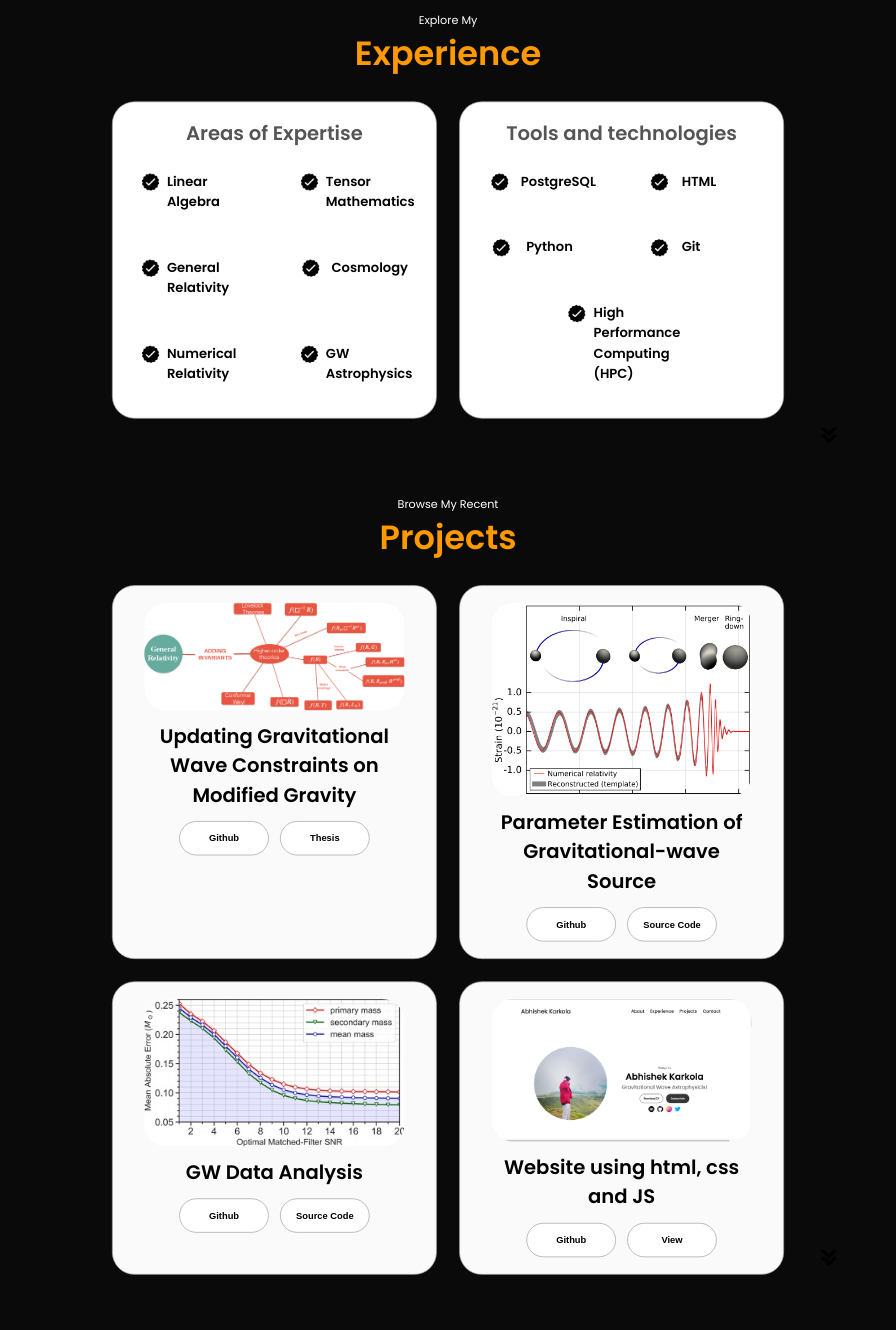
Repository: APersonalVoyage/APersonalVoyage.github.io
Page: index.html
An editor plug-in stored every save of this project. The page is shown before and after the next save, followed by the edit.
The browser window is 1280 px wide. The pictures show the part of the page from y = 1520 to 3420 px (the page is 4064 px tall), at 70% of full size.
A picture or video elsewhere on the page could not be fetched, so the positions and the page height are approximate.

Above is the page before, as saved 2023-08-24 19:30:25.

### index.html
<!DOCTYPE html>
<html lang="en">
  <head>
    <meta charset="UTF-8" />
    <meta http-equiv="X-UA-Compatible" content="IE=edge" />
    <meta name="viewport" content="width=device-width, initial-scale=1.0" />
    <title>My Portfolio</title>
    <link rel="stylesheet" href="style.css" />
    <link rel="stylesheet" href="mediaqueries.css" />

  </head>
  <body>
    <nav id="desktop-nav">
      <div class="logo">Abhishek Karkola</div>
      <div>
        <ul class="nav-links">
          <li><a href="#about">About</a></li>
          <li><a href="#experience">Experience</a></li>
          <li><a href="#projects">Projects</a></li>
          <li><a href="#contact">Contact</a></li>
        </ul>
      </div>
    </nav>
    <nav id="hamburger-nav">
      <div class="logo">Abhishek Karkola</div>
      <div class="hamburger-menu">
        <div class="hamburger-icon" onclick="toggleMenu()">
          <span></span>
          <span></span>
          <span></span>
        </div>
        <div class="menu-links">
          <li><a href="#about" onclick="toggleMenu()">About</a></li>
          <li><a href="#experience" onclick="toggleMenu()">Experience</a></li>
          <li><a href="#projects" onclick="toggleMenu()">Projects</a></li>
          <li><a href="#contact" onclick="toggleMenu()">Contact</a></li>
        </div>
      </div>
    </nav>
    <section id = "profile" style = "text-align: center;" >
        <div class="section__pic-container">
            <img src="./assets/My_profile-fotor-20230824122059.png" alt="profile" class="section__pic">
        </div>
        <div class= "section_text" style = "margin-top: 200px;" >
            <p class="section__text__p1">Hello, I'm</p>
        <h1 class="title">Abhishek Karkola</h1>
        <p class="section__text__p2">Gravitational Wave Astrophysicist</p>
        <div class="btn-container">
            <button
              class="btn btn-color-2"
              onclick="window.open('./assets/Abhishek_Academic_CV.pdf')"
            >
              Download CV
            </button>
            <button class="btn btn-color-1" onclick="location.href='./#contact'">
              Contact Info
            </button>
          </div>
          <div id="socials-container">
            <img
            src="./assets/linkedin.png"
            alt="My LinkedIn profile"
            class="icon"
            onclick="location.href='https://linkedin.com/'"
          />
          <img
            src="./assets/github.png"
            alt="My Github profile"
            class="icon"
            onclick="location.href='https://github.com/APersonalVoyage'"
          />
          <img
            src="./assets/instagram.png"
            alt="My instagram profile"
            class="icon"
            onclick="location.href='https://www.instagram.com/apersonalvoyage/'"
          />
          <img
            src="./assets/twitter.png"
            alt="My twitter profile"
            class="icon"
            onclick="location.href='https://twitter.com/APersonalVoyage'"
          />
        </div>
      </div>
          </div>

        </div>
    </section>
    <section id="about">
        <p class="section__text__p1">Get To Know More</p>
        <h1 class="title">About Me</h1>
        <div class="section-container">
          <div class="section__pic-container" style="margin-top: 150px">
            <img
              src="./assets/Profile_Pic2.JPG"
              alt="Profile picture"
              class="about-pic"
            />
          </div>
          <div class="about-details-container">
            <div class="about-containers">
              <div class="details-container">
                <img
                  src="./assets/experience.png"
                  alt="Experience icon"
                  class="icon"
                />
                <h3>Experience</h3>
                <p>1+ years <br />Research Intern</p>
              </div>
              <div class="details-container">
                <img
                  src="./assets/education.png"
                  alt="Education icon"
                  class="icon"
                />
                <h3>Education</h3>
                <p>B.E. Electronics<br />M.Sc. GW Physics</p>
              </div>
            </div>
            <div class="text-container">
              <p>
                I hold a Masters degree in Gravitational Wave Physics from Cardiff University, where my academic journey led me to explore the captivating realms of cosmology, advanced general relativity, and numerical relativity. Prior to this, I earned a Bachelors degree in Electronics and Communication Engineering, where I developed
                a solid foundation in the intricate world of electronic systems and communication technologies.
              </p>
            </div>
          </div>
        </div>
        <img
          src="./assets/arrow.png"
          alt="Arrow icon"
          class="icon arrow"
          onclick="location.href='./#experience'"
        />
    </section>
</section>
<section id="experience">
  <p class="section__text__p1">Explore My</p>
  <h1 class="title">Experience</h1>
  <div class="experience-details-container">
    <div class="about-containers">
      <div class="details-container">
        <h2 class="experience-sub-title">Areas of Expertise</h2>
        <div class="article-container">
          <article>
            <img
              src="./assets/checkmark.png"
              alt="Experience icon"
              class="icon"
            />
            <div>
              <h3>Linear Algebra</h3>
              <p>Experienced</p>
            </div>
          </article>
          <article>
            <img
              src="./assets/checkmark.png"
              alt="Experience icon"
              class="icon"
            />
            <div>
              <h3>Tensor Mathematics</h3>
              <p>Experienced</p>
            </div>
          </article>
          <article>
            <img
              src="./assets/checkmark.png"
              alt="Experience icon"
              class="icon"
            />
            <div>
              <h3>General Relativity</h3>
              <p>Intermediate</p>
            </div>
          </article>
          <article>
            <img
              src="./assets/checkmark.png"
              alt="Experience icon"
              class="icon"
            />
            <div>
              <h3>Cosmology</h3>
              <p>Intermediate</p>
            </div>
          </article>
          <article>
            <img
              src="./assets/checkmark.png"
              alt="Experience icon"
              class="icon"
            />
            <div>
              <h3>Numerical Relativity</h3>
              <p>Basic</p>
            </div>
          </article>
          <article>
            <img
              src="./assets/checkmark.png"
              alt="Experience icon"
              class="icon"
            />
            <div>
              <h3>GW Astrophysics</h3>
              <p>Intermediate</p>
            </div>
          </article>
        </div>
      </div>
      <div class="details-container">
        <h2 class="experience-sub-title">Tools and technologies</h2>
        <div class="article-container">
          <article>
            <img
              src="./assets/checkmark.png"
              alt="Experience icon"
              class="icon"
            />
            <div>
              <h3>PostgreSQL</h3>
              <p>Basic</p>
            </div>
          </article>
          <article>
            <img
              src="./assets/checkmark.png"
              alt="Experience icon"
              class="icon"
            />
            <div>
              <h3>HTML</h3>
              <p>Intermediate</p>
            </div>
          </article>
          <article>
            <img
              src="./assets/checkmark.png"
              alt="Experience icon"
              class="icon"
            />
            <div>
              <h3>Python</h3>
              <p>Experienced</p>
            </div>
          </article>
          <article>
            <img
              src="./assets/checkmark.png"
              alt="Experience icon"
              class="icon"
            />
            <div>
              <h3>Git</h3>
              <p>Intermediate</p>
            </div>
          </article>
          <article>
            <img
              src="./assets/checkmark.png"
              alt="Experience icon"
              class="icon"
            />
            <div>
              <h3> High Performance Computing (HPC)</h3>
              <p>Intermediate</p>
            </div>
          </article>
        </div>
      </div>
    </div>
  </div>
  <img
    src="./assets/arrow.png"
    alt="Arrow icon"
    class="icon arrow"
    onclick="location.href='./#projects'"
  />
</section>
<section id="projects">
    <p class="section__text__p1">Browse My Recent</p>
    <h1 class="title">Projects</h1>
    <div class="experience-details-container">
      <div class="about-containers">
        <div class="details-container color-container">
          <div class="article-container">
            <img
              src="./assets/10-Figure2-1.png"
              alt="Project 1"
              class="project-img"
            />
          </div>
          <h2 class="experience-sub-title project-title">Updating Gravitational Wave Constraints on Modified Gravity</h2>
          <div class="btn-container">
            <button
              class="btn btn-color-2 project-btn"
              onclick="location.href='https://github.com/APersonalVoyage/MSc_Thesis'"
            >
              Github
            </button>
            <button
              class="btn btn-color-2 project-btn"
              onclick="location.href='https://github.com/APersonalVoyage/MSc_Thesis/blob/main/Abhishek_Msc_Dissertation%20.pdf'"
            >
              Thesis
            </button>
          </div>
        </div>
        <div class="details-container color-container">
          <div class="article-container">
            <img
              src="./assets/GW150914_IMR.png"
              alt="Project 2"
              class="project-img"
            />
          </div>
          <h2 class="experience-sub-title project-title">Parameter Estimation of Gravitational-wave Source</h2>
          <div class="btn-container">
            <button
              class="btn btn-color-2 project-btn"
              onclick="location.href='https://github.com/APersonalVoyage/GW-data-analysis'"
            >
              Github
            </button>
            <button
              class="btn btn-color-2 project-btn"
              onclick="location.href='https://github.com/gw-odw/odw-2021'"
            >
              Source Code
            </button>
          </div>
        </div>
         <div class="details-container color-container">
          <div class="article-container">
            <img
              src="./assets/PE.jpg"
              alt="Project 3"
              class="project-img"
            />
          </div>
          <h2 class="experience-sub-title project-title">GW Data Analysis</h2>
          <div class="btn-container">
            <button
              class="btn btn-color-2 project-btn"
              onclick="location.href='https://github.com/APersonalVoyage/Data-Analysis-2022'"
            >
              Github
            </button>
            <button
              class="btn btn-color-2 project-btn"
              onclick="location.href='https://github.com/APersonalVoyage/Data-Analysis-2022'"
            >
              Source Code
            </button>
          </div>

        </div>
        <div class="details-container color-container">
            <div class="article-container">
              <img
                src="./assets/Screenshot 2023-08-24 at 6.26.45 PM.png"
                alt="Project 2"
                class="project-img"
              />
            </div>
            <h2 class="experience-sub-title project-title">Website using html, css and JS</h2>
            <div class="btn-container">
              <button
                class="btn btn-color-2 project-btn"
                onclick="location.href='https://github.com/APersonalVoyage/APersonalVoyage.github.io'"
              >
                Github
              </button>
              <button
                class="btn btn-color-2 project-btn"
                onclick="location.href='https://apersonalvoyage.github.io/'"
              >
                View
              </button>
            </div>
          </div>

      </div>
    </div>
    <img
      src="./assets/arrow.png"
      alt="Arrow icon"
      class="icon arrow"
      onclick="location.href='./#projects'"
    />
  </section>
  <section id="contact">
    <p class="section__text__p1">Get in Touch</p>
    <h1 class="title">Contact Me</h1>
    <div class="contact-info-upper-container">
      <div class="contact-info-container">
        <img
          src="./assets/email.png"
          alt="Email icon"
          class="icon contact-icon email-icon"
        />
        <p><a href="mailto:examplemail@gmail.com">abhishek@alphago.in</a></p>
      </div>
    </div>
  </section>
  <footer>
    <nav>
      <div class="nav-links-container">
        <ul class="nav-links">
          <li><a href="#about">About</a></li>
          <li><a href="#experience">Experience</a></li>
          <li><a href="#projects">Projects</a></li>
          <li><a href="#contact">Contact</a></li>
        </ul>
      </div>
    </nav>

  </footer>
  <script src="script.js"></script>
</body>
</html>

### style.css
/* GENERAL */

@import url("https://fonts.googleapis.com/css2?family=Poppins:wght@300;400;500;600&display=swap");

* {
  margin: 0;
  padding: 0;
}

body {
  font-family: "Poppins", sans-serif;
  background-color: #0a0a0a;
  color: 0;

}

html {
  scroll-behavior: smooth;

}

p {
  color: #ffffff;
}

/* TRANSITION */

a,
.btn {
  transition: all 300ms ease;
}

/* DESKTOP NAV */

nav,
.nav-links {
  display: flex;
}

nav {
  justify-content: space-around;
  align-items: center;
  height: 17vh;
}

.nav-links {
  gap: 2rem;
  list-style: none;
  font-size: 1.5rem;
}

a {
  color: #ffffff;
  text-decoration: none;
  text-decoration-color: white;
}

a:hover {
  color: #ffffff;
  text-decoration: underline;
  text-underline-offset: 1rem;
  text-decoration-color: #ffffff;
}

.logo {
  font-size: 2rem;
}

.logo:hover {
  cursor: default;
}

/* HAMBURGER MENU */

#hamburger-nav {
  display: none;
}

.hamburger-menu {
  position: relative;
  display: inline-block;
}

.hamburger-icon {
  display: flex;
  flex-direction: column;
  justify-content: space-between;
  height: 24px;
  width: 30px;
  cursor: pointer;
}

.hamburger-icon span {
  width: 100%;
  height: 2px;
  background-color: #ffffff;
  transition: all 0.3 ease-in-out;
}

.menu-links {
  position: absolute;
  top: 100%;
  right: 0;
  background-color: white;
  width: fit-content;
  max-height: 0;
  overflow: hidden;
  transition: all 0.3 ease-in-out;
}

.menu-links a {
  display: block;
  padding: 10px;
  text-align: center;
  font-size: 1.5rem;
  color:#ff9900;
  text-decoration: none;
  transition: all 0.3 ease-in-out;
}

.menu-links li {
  list-style: none;
}

.menu-links.open {
  max-height: 300px;
}

.hamburger-icon.open span:first-child {
  transform: rotate(45deg) translate(10px, 5px);
}

.hamburger-icon.open span:nth-child(2) {
  opacity: 0;
}

.hamburger-icon.open span:last-child {
  transform: rotate(-45deg) translate(10px, -5px);
}

.hamburger-icon span:first-child {
  transform: none;
}

.hamburger-icon span:first-child {
  opacity: 1;
}

.hamburger-icon span:first-child {
  transform: none;
}

/* SECTIONS */

section {
  padding-top: 4vh;
  height: 96vh;
  margin: 0 10rem;
  box-sizing: border-box;
  min-height: fit-content;
}

.section-container {
  display: flex;
}

/* PROFILE SECTION */

#profile {
  display: flex;
  justify-content: center;
  gap: 5rem;
  height: 80vh;
}

.section__pic-container {
  display: flex;
  height: 400px;
  width: 400px;
  margin: auto 0;
}

.section__text {
  align-self: center;
  text-align: center;
    color: #ffffff;
}

.section__text p {
  font-weight: 600;
    color: #ffffff;
}

.section__text__p1 {
  text-align: center;
    color: #ffffff;
}

.section__text__p2 {
  font-size: 1.75rem;
  margin-bottom: 1rem;
    color: #ffffff;
}

.title {
  font-size: 3rem;
  text-align: center;
  color: #ff9900;
}

#socials-container {
  display: flex;
  justify-content: center;
  margin-top: 1rem;
  gap: 1rem;
  color: #ffffff;

}

/* ICONS */

.icon {
  cursor: pointer;
  height: 2rem;
  fill: #ffffff;
}

/* BUTTONS */

.btn-container {
  display: flex;
  justify-content: center;
  gap: 1rem;
}

.btn {
  font-weight: 600;
  transition: all 300ms ease;
  padding: 1rem;
  width: 8rem;
  border-radius: 2rem;
  background-color: #ff9900;
  color: rgb(53, 53, 53);
}

.btn-color-1,
.btn-color-2 {
  border: rgb(53, 53, 53) 0.1rem solid;
}

.btn-color-1:hover,
.btn-color-2:hover {
  cursor: pointer;
}

.btn-color-1,
.btn-color-2:hover {
  background: rgb(53, 53, 53);
  color: white;
}

.btn-color-1:hover {
  background: rgb(0, 0, 0);
}

.btn-color-2 {
  background: #ffffff;;
}

.btn-color-2:hover {
  border: rgb(255, 255, 255) 0.1rem solid;
}

.btn-container {
  gap: 1rem;
}

/* ABOUT SECTION */

#about {
  position: relative;
}

.about-containers {
  gap: 2rem;
  margin-bottom: 2rem;
  margin-top: 2rem;

}

.about-details-container {
  justify-content: center;
  flex-direction: column;
  text-align: center;

}

.about-containers,
.about-details-container {
  display: flex;
  flex: 1;
}

.about-pic {
  border-radius: 2rem;
}

.arrow {
  position: absolute;
  right: -5rem;
  bottom: 2.5rem;
  font-size: 5rem;
  color: #ff9900;
  cursor: pointer;

}

.details-container {
  padding: 1.5rem;
  flex: 1;
  background: white;
  border-radius: 2rem;
  border: rgb(53, 53, 53) 0.1rem solid;
  border-color: rgb(163, 163, 163);
  text-align: center;

}

.section-container {
  gap: 4rem;
  height: 80%;
  color: rgb(53, 53, 53);


}

.section__pic-container {
  height: 400px;
  width: 400px;
  margin: auto 0;
  color: rgb(53, 53, 53);
}

/* EXPERIENCE SECTION */

#experience {
  position: relative;
}

.experience-sub-title {
  color: rgb(85, 85, 85);
  font-weight: 600;
  font-size: 1.75rem;
  margin-bottom: 2rem;
}

.experience-details-container {
  display: flex;
  justify-content: center;
  flex-direction: column;
}

.article-container {
  display: flex;
  text-align: initial;
  flex-wrap: wrap;
  flex-direction: row;
  gap: 2.5rem;
  justify-content: space-around;
}

article {
  display: flex;
  width: 10rem;
  justify-content: space-around;
  gap: 0.5rem;
}

article .icon {
  cursor: default;
}

/* PROJECTS SECTION */

#projects {
  position: relative;
}

.color-container {
  border-color: rgb(163, 163, 163);
  background: rgb(250, 250, 250);
}

.project-img {
  border-radius: 2rem;
  width: 90%;
  height: 90%;
}

.project-title {
  margin: 1rem;
  color: black;
}

.project-btn {
  color: black;
  border-color: rgb(163, 163, 163);
}

/* CONTACT */

#contact {
  display: flex;
  justify-content: center;
  flex-direction: column;
  height: 70vh;
}

.contact-info-upper-container {
  display: flex;
  justify-content: center;
  border-radius: 2rem;
  border: rgb(53, 53, 53) 0.1rem solid;
  border-color: rgb(163, 163, 163);
  background: (250, 250, 250);
  margin: 2rem auto;
  padding: 0.5rem;
}

.contact-info-container {
  display: flex;
  align-items: center;
  justify-content: center;
  gap: 0.5rem;
  margin: 1rem;
}

.contact-info-container p {
  font-size: larger;
}

.contact-icon {
  cursor: default;
}

.email-icon {
  height: 2.5rem;
}

/* FOOTER SECTION */

footer {
  height: 26vh;
  margin: 0 1rem;
}

footer p {
  text-align: center;
}

### mediaqueries.css
@media screen and (max-width: 1400px) {
  #profile {
    height: 83vh;
    margin-bottom: 6rem;
  }
  .about-containers {
    flex-wrap: wrap;
  }
}

@media screen and (max-width: 1200px) {
  #desktop-nav {
    display: none;
  }
  #hamburger-nav {
    display: flex;
  }
  #experience,
  .experience-details-container {
    margin-top: 2rem;
  }
  #profile,
  .section-container {
    display: block;
  }
  .arrow {
    display: none;
  }
  section,
  .section-container {
    height: fit-content;
  }
  section {
    margin: 0 5%;
  }
  .section__pic-container {
    width: 275px;
    height: 275px;
    margin: 0 auto 2rem;
  }
  .about-containers {
    margin-top: 0;
  }
}

@media screen and (max-width: 600px) {
  #contact,
  footer {
    height: 40vh;
  }
  #profile {
    height: 83vh;
    margin-bottom: 0;
  }
  article {
    font-size: 1rem;
  }
  footer nav {
    height: fit-content;
    margin-bottom: 2rem;
  }
  .about-containers,
  .contact-info-upper-container,
  .btn-container {
    flex-wrap: wrap;
  }
  .contact-info-container {
    margin: 0;
  }
  .contact-info-container p,
  .nav-links li a {
    font-size: 1rem;
  }
  .experience-sub-title {
    font-size: 1.25rem;
  }
  .logo {
    font-size: 1.5rem;
  }
  .nav-links {
    flex-direction: column;
    gap: 0.5rem;
    text-align: center;
  }
  .section__pic-container {
    width: auto;
    height: 46vw;
    justify-content: center;
  }
  .section__text__p2 {
    font-size: 1.25rem;
  }
  .title {
    font-size: 2rem;
  }
  .text-container {
    text-align: justify;
  }
}

### script.js
function toggleMenu() {
    const menu = document.querySelector(".menu-links");
    const icon = document.querySelector(".hamburger-icon");
    menu.classList.toggle("open");
    icon.classList.toggle("open");
  }

After the next save:
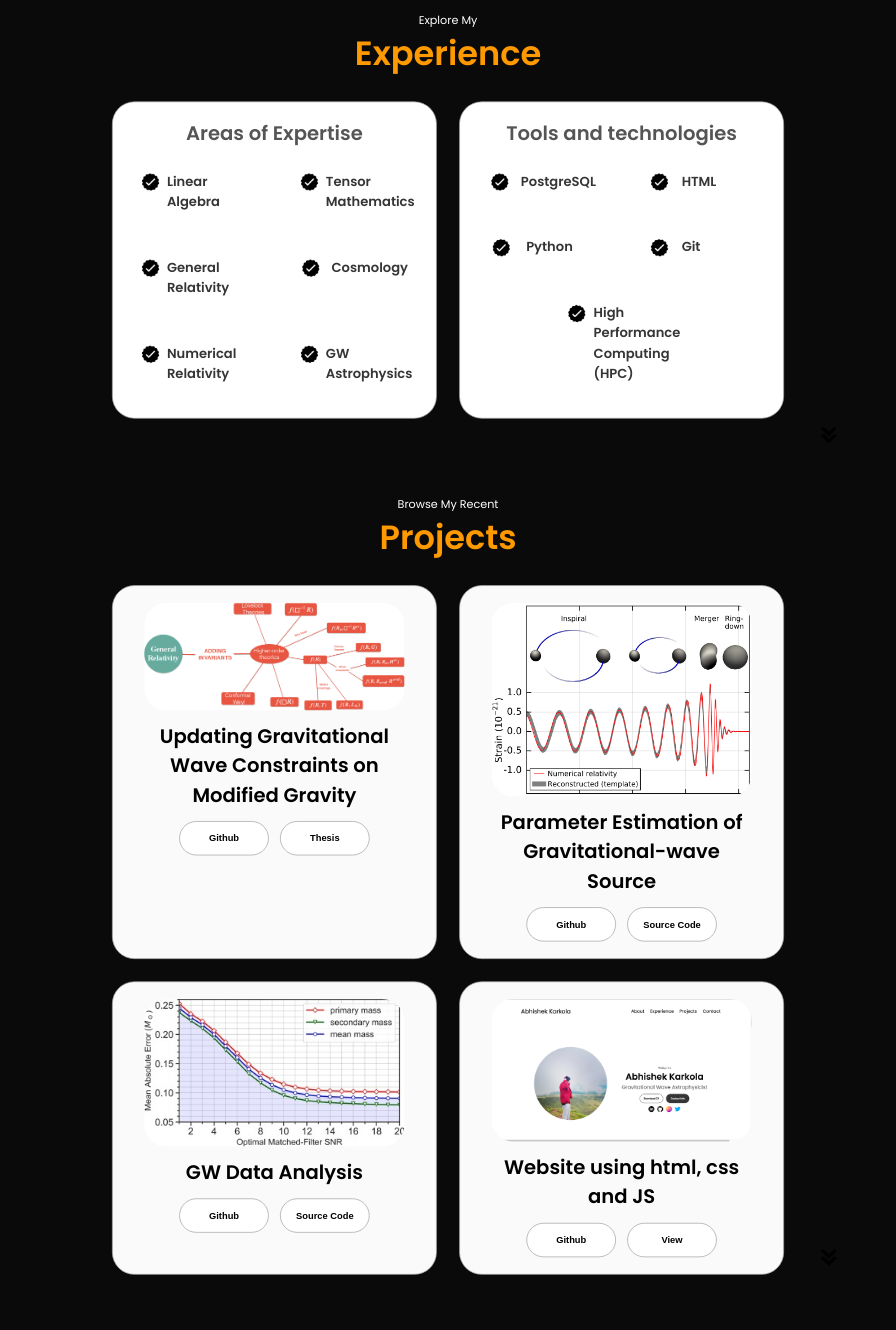
Saved 15 s later.
--- a/style.css
+++ b/style.css
@@ -323,7 +323,7 @@ section {
   border: rgb(53, 53, 53) 0.1rem solid;
   border-color: rgb(163, 163, 163);
   text-align: center;
-
+  color: rgb(53, 53, 53);
 }
 
 .section-container {
